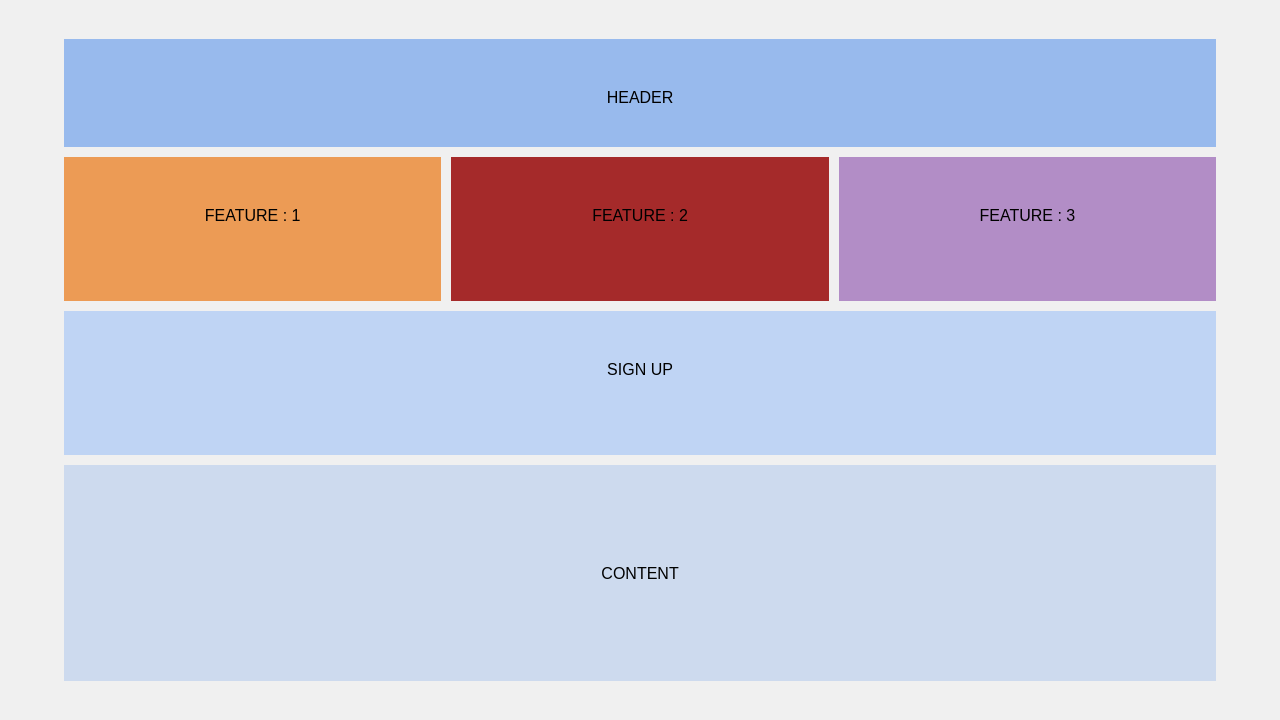
Repository: viveknaidu007/repo-152-FSD-InnomaticsTasksSep2024
Page: task_3/index.html
These files come from the project's save history. The page is drawn as it stood at one moment and after the next save; the edit follows.
The browser window is 1280 px wide. The pictures show the whole page.

Above is the page before, as saved 2024-10-02 12:12:21.

After the next save:
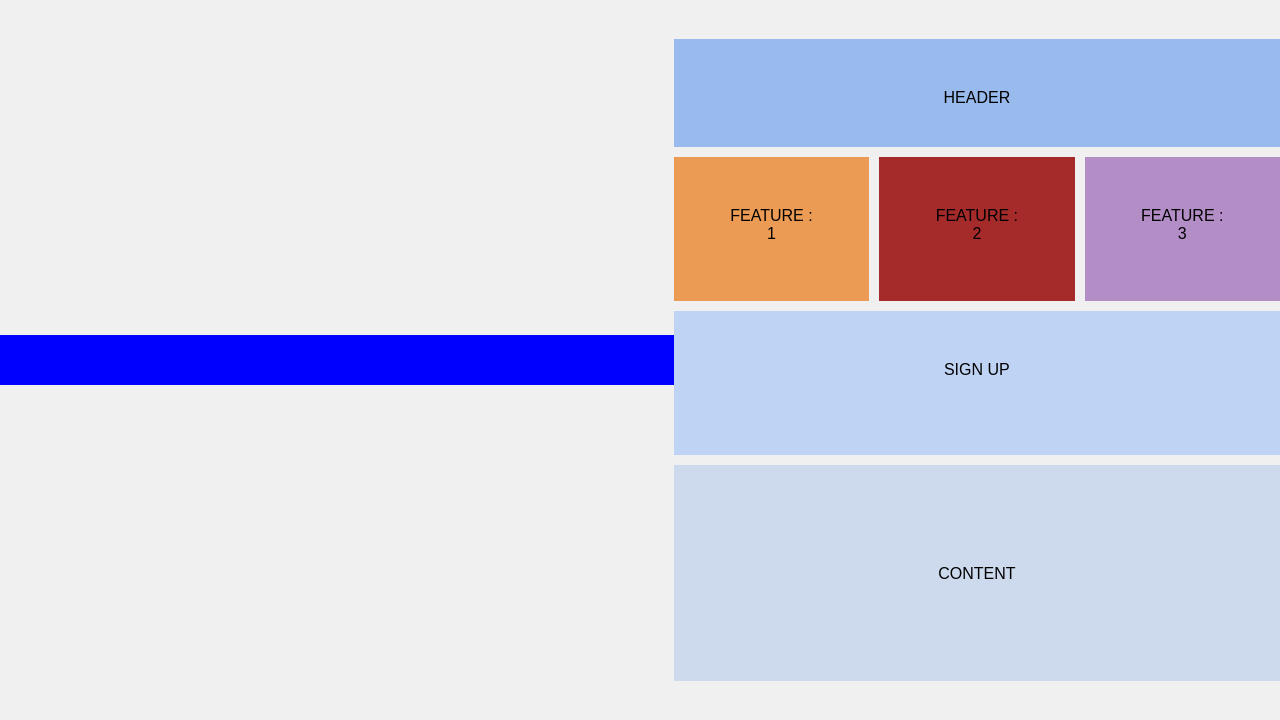
Saved 1 s later.
--- a/task_3/index.html
+++ b/task_3/index.html
@@ -7,6 +7,9 @@
   <link rel="stylesheet" href="styles.css">
 </head>
 <body>
+
+    <div class="top-bar"></div> <!-- Blue bar at the top -->
+
 
   <div class="container">
 
